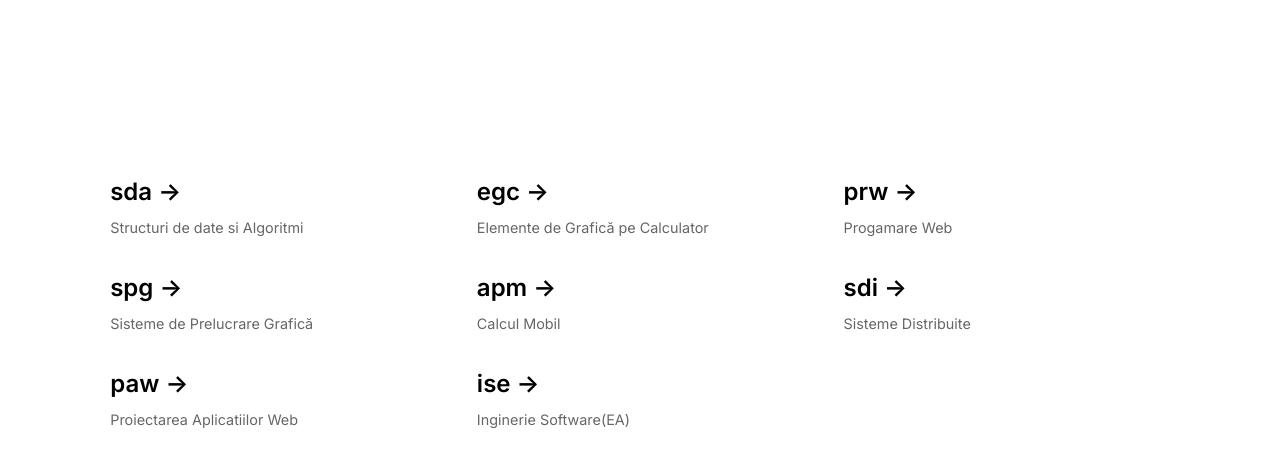
Repository: balintcristian/practica
Page: /
These files come from the project's save history. The page is drawn as it stood at one moment and after the next save; the edit follows.
The browser window is 1280 px wide. The pictures show the whole page.
The page's requests for data from a server got no answer. The project was rebuilt for these pictures with package versions that can differ from the ones it lists, and the page was loaded fresh each time. Some packages were replaced by stand-ins written for this rebuild. The framework's server and built-in components were replaced by stand-ins that run in the browser. No one was signed in, and anything a server would have sent is missing. Also part of the build but not shown: next.config.js, src/app/new.module.css.

Above is the page before, as saved 2023-08-30 17:54:08.

After the next save:
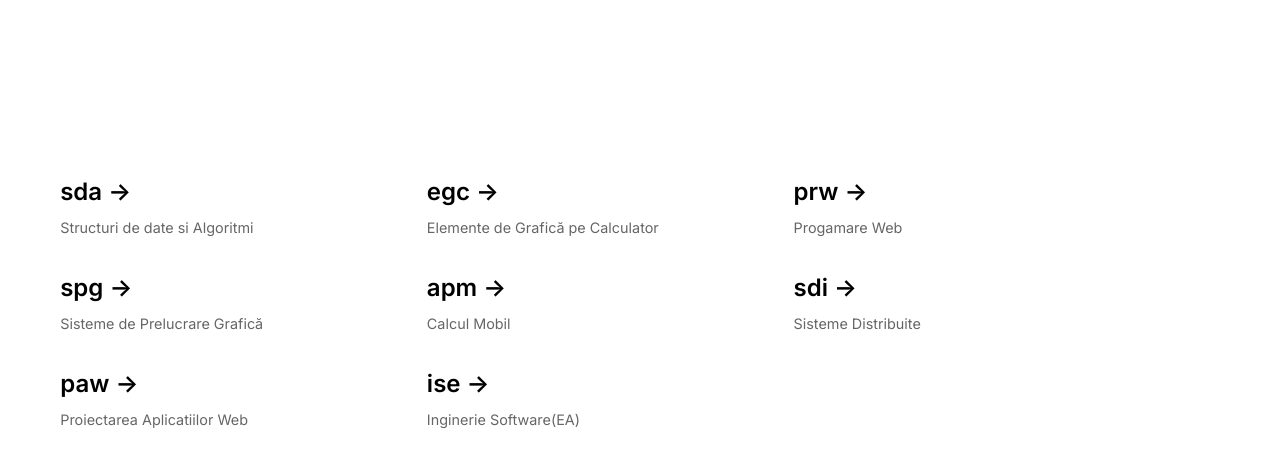
Saved 23 s later.
--- a/src/app/layout.tsx
+++ b/src/app/layout.tsx
@@ -7,7 +7,7 @@
 function Header() {
   return (
     <header
-      style={{ display: "flex", justifyContent: "center", paddingTop: 50, float:"right" }}
+      style={{ display: "flex", justifyContent: "center", paddingTop: 50,paddingRight:100, float:"right" }}
     >
       <SignedIn>
         {/* Mount the UserButton component */}

After the save that followed:
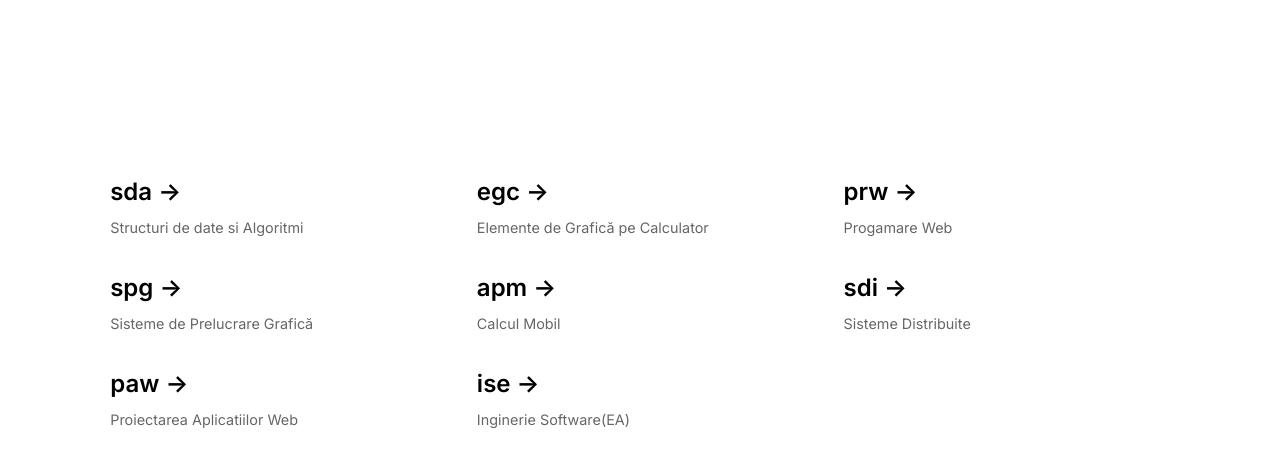
Saved 17 s later.
--- a/src/app/layout.tsx
+++ b/src/app/layout.tsx
@@ -7,7 +7,7 @@
 function Header() {
   return (
     <header
-      style={{ display: "flex", justifyContent: "center", paddingTop: 50,paddingRight:100, float:"right" }}
+      style={{ display: "flex", justifyContent: "center", paddingTop: 50, float:"right" }}
     >
       <SignedIn>
         {/* Mount the UserButton component */}
